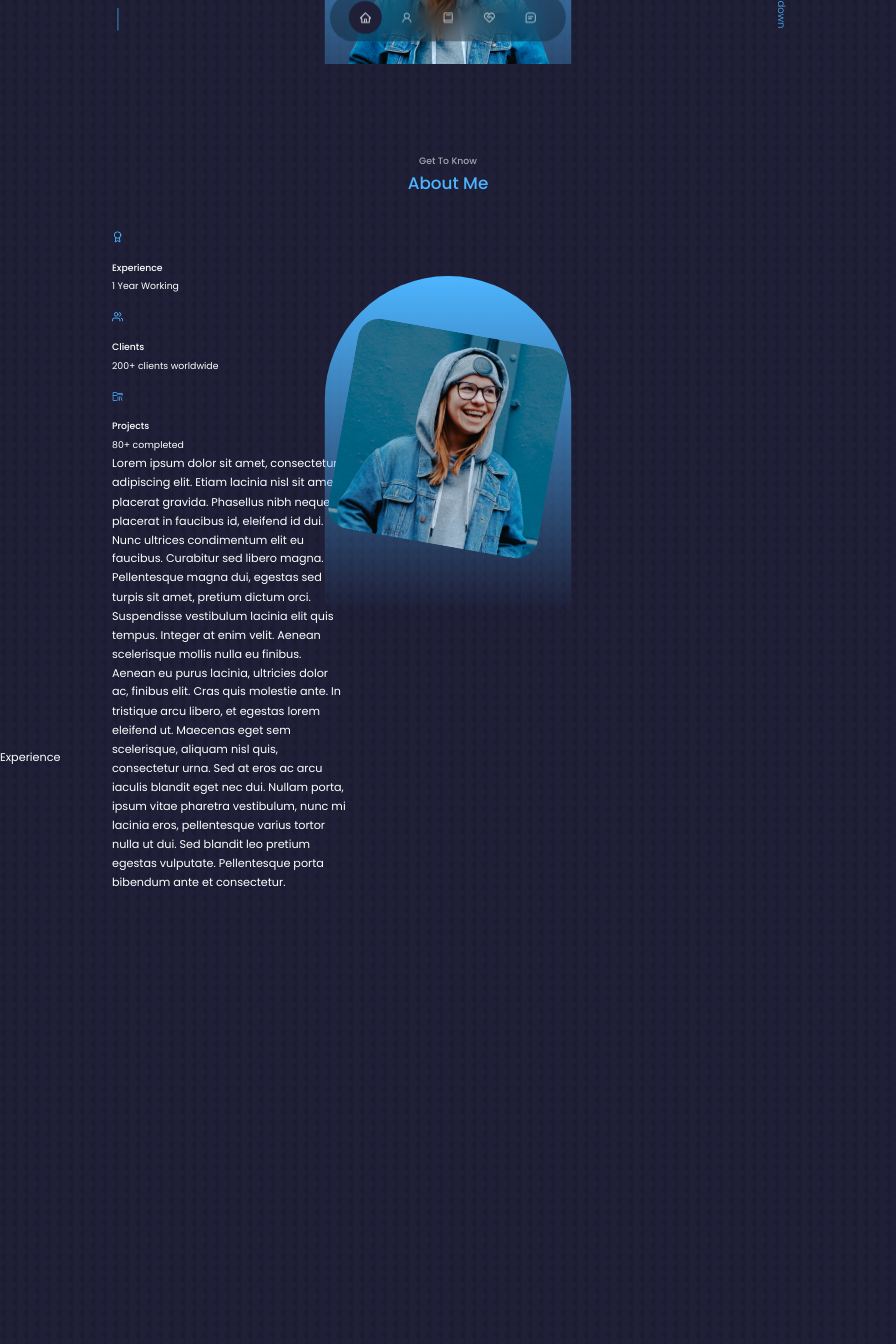
Repository: smallchungus/resumeWebsite
Page: / (app in hello/)
The author's editor kept a copy of each file at every save. The page is drawn from the files as they stood at one save, then again after the next save.
The browser window is 1280 px wide. The pictures show the part of the page from y = 628 to 2548 px (the page is 5835 px tall), at 70% of full size.
The project was rebuilt for these pictures with package versions that can differ from the ones it lists, and the page was loaded fresh each time. Also part of the build but not shown: hello/src/components/experience/experience.css, hello/src/components/portfolio/portfolio.css, hello/src/components/contact/contact.css, hello/src/components/footer/footer.css. Imported but missing from the stored project, and not drawn on this page: hello/src/assets/cv.pdf.

Above is the page before, as saved 2023-03-23 18:10:33.

### hello/public/index.html
<!DOCTYPE html>
<html lang="en">

<head>
    <meta charset="UTF-8">
    <meta http-equiv="X-UA-Compatible" content="IE=edge">
    <meta name="viewport" content="width-device-width, initial-scale=1.0">
    <title>Resume Portfolio Website</title>
</head>
<body>
    <div id="root"></div>
</body>
</html>

### hello/src/App.jsx
import React from 'react'
import Header from './components/header/Header'
import Nav from './components/nav/Nav'
import About from './components/about/About'
import Experience from './components/experience/Experience'
import Services from './components/services/Services'
import Portfolio from './components/portfolio/Portfolio'
import Testimonial from './components/testimonial/Testimonial'
import Contact from './components/contact/Contact'
import Footer from './components/footer/Footer'

const App = () => {
  return (
    <>
    <Header />
    <Nav />
    <About />
    <Experience />
    <Services />
    <Portfolio />
    <Testimonial />
    <Contact />
    <Footer />
    </>
  )
}

export default App

### hello/src/index.css
@import url('https://fonts.googleapis.com/css2?family=Poppins:wght@300;400;500;600&display=swap');

*{
    margin: 0;
    padding: 0;
    border :0;
    outline: 0;
    box-sizing: border-box;
    list-style: none;
    text-decoration: none;

}

:root {
    --color-bg: #1f1f38;
    --color-bg-variant: #2c2c6c;
    --color-primary: #4db5ff;
    --color-primary-variant: rgba(77, 181, 255, 0.4);
    --color-white: #fff;
    --color-light: rgba(255,255,255,0.6);

    --transition: all 400ms ease;

    --container-width-lg: 75%;
    --container-width-md: 86%;
    --container-width-sm: 90%;

}

html{
    scroll-behavior: smooth;
}

body{
    font-family: 'Poppins', sans-serif;
    background: var(--color-bg);
    color: var(--color-white);
    line-height: 1.7;
    background-image: url(../src/assets/bg-texture.png)
}

/* ======================= General Styles =================*/

.container{
    width: var(--container-width-lg);
    margin: 0 auto;
}

h1,h2,h3,h4,h5{
    font-weight: 500;
}

h1{
    font-size:2.5rem;

}

section {
    margin-top: 8rem;
    height: 100vh;
}

section > h2, section > h5 {
    text-align: center;
    color: var(--color-light);
}

section > h2 {
    color: var(--color-primary);
    margin-bottom: 3rem;
}

.text-light{
    color:var(--color-light);
}

a{
    color: var(--color-primary);
    transition: var(--transition);
}

a:hover{
    color: var(--color-white);
}

.btn{
    width: max-content;
    display: inline-block;
    color: var(--color-primary);
    padding: 0.75rem 1.2rem;
    border-radius: 0.4rem;
    cursor: pointer;
    border: 1px solid var(--color-primary);
    transition: var( --transition );
}

.btn:hover{
    background: var(--color-white);
    color: var(--color-bg);
    border-color: transparent;
}

.btn-primary{
    background: var(--color-primary);
    color: var(--color-bg);
}

img{
    display: block;
    width: 100%;
    object-fit: cover;
}


/*==================Media Queries (Medium Devices ) ============= */
@media screen and (max-width: 1024px) {
    .container{
        width: var(--container-width-md);
    }

    section{
        margin-top: 6rem;
    }
}

/*==================Media Queries (Small Devices ) ============= */
@media screen and (max-width: 600px) {
    .container{
        width: var(--container-width-sm);
    }

    section > h2{
        margin-top: 2rem;
    }
}

### hello/src/components/header/Header.jsx
import React from 'react'
import './header.css'
import CTA from './CTA'
import ME from '../../assets/me.png'
import HeaderSocials from './HeaderSocials'
const Header = () => {
  return (
    <header>
      <div className="container header_container">
        <h5>Hello I'm</h5>
        <h1>William Chen</h1>
        <h5 className='text-light'>Fullstack Developer</h5>
        <CTA />
        <HeaderSocials/>

        <div className="me">
          <img src={ME} alt="me" />
        </div>

        <a href='#contact' className='scroll_down'>Scroll down</a>
      </div>
    </header>
  )
}

export default Header

### hello/src/components/nav/Nav.jsx
import React from 'react'
import './nav.css'
import {AiOutlineHome} from 'react-icons/ai'
import {AiOutlineUser}  from 'react-icons/ai'
import {BiBook} from 'react-icons/bi'
import {RiServiceLine} from 'react-icons/ri'
import {BiMessageSquareDetail} from 'react-icons/bi'
import {useState} from 'react'

const Nav = () => {
  const[activeNav, setActiveNav] = useState('#');
  return (
    <nav>
      <a href="#" onClick={() => setActiveNav('#')} className={activeNav === '#' ? 'active' : ''}><AiOutlineHome/></a>
      <a href="#about" onClick={() => setActiveNav('#about')} className={activeNav === '#about' ? 'active' : ''}><AiOutlineUser/></a>
      <a href="#experience" onClick={() => setActiveNav('#experience')} className={activeNav === '#experience' ? 'active' : ''}><BiBook/></a>
      <a href="#services" onClick={() => setActiveNav('#services')} className={activeNav === '#services' ? 'active' : ''}><RiServiceLine/></a>
      <a href="#contact" onClick={() => setActiveNav('#contact')} className={activeNav === '#contact' ? 'active' : ''}><BiMessageSquareDetail/></a>
    </nav>
  )
}

export default Nav

### hello/src/components/about/About.jsx
import React from 'react'
import './about.css'
import ME from '../../assets/me-about.jpg'
import {FiAward} from 'react-icons/fi'
import {FiUsers} from 'react-icons/fi'
import {VscFolderLibrary} from 'react-icons/vsc'

const About = () => {
  return (
    <section id='about'>
      <h5>Get To Know </h5>
      <h2>About Me</h2>

      <div className="container about_container">
        <div className="about me" >
          <div className="about_me-image">
          <img src={ME} alt="About Image" />
          </div>
        </div>

        <div className="about_content">
          <div className="about_cards">
            <article classNane="about_card">
              <FiAward className='about_icon'/>
              <h5>Experience</h5>
              <small>1 Year Working</small>
            </article>

            <article classNane="about_card">
              <FiUsers className='about_icon'/>
              <h5>Clients</h5>
              <small>200+ clients worldwide</small>
            </article>

            <article classNane="about_card">
              <VscFolderLibrary className='about_icon'/>
              <h5>Projects</h5>
              <small>80+ completed</small>
            </article>
          </div>

          <p>
          Lorem ipsum dolor sit amet, consectetur adipiscing elit. Etiam lacinia nisl sit amet placerat gravida. Phasellus nibh neque, placerat in faucibus
          id, eleifend id dui. Nunc ultrices condimentum elit eu faucibus. Curabitur sed libero magna. Pellentesque magna dui, egestas sed turpis
          sit amet, pretium dictum orci. Suspendisse vestibulum lacinia elit quis tempus. Integer at enim velit. Aenean scelerisque mollis nulla eu finibus. Aenean eu purus lacinia, ultricies dolor ac, finibus elit.
          Cras quis molestie ante. In tristique arcu libero, et egestas lorem eleifend ut. Maecenas eget sem scelerisque, aliquam nisl quis, consectetur urna. Sed at eros ac arcu iaculis blandit eget nec dui. Nullam porta,
          ipsum vitae pharetra vestibulum, nunc mi lacinia eros, pellentesque varius tortor nulla ut dui. Sed blandit leo pretium egestas vulputate. Pellentesque porta bibendum ante et consectetur.



          </p>


        </div>

      </div>

    </section>
  )
}

export default About

### hello/src/components/experience/Experience.jsx
import React from 'react'
import './experience.css'
const Experience = () => {
  return (
    <section id='experience'>Experience</section>
  )
}

export default Experience

### hello/src/components/portfolio/Portfolio.jsx
import React from 'react'
import './portfolio.css'


const Portfolio = () => {
  return (
    < section id='portfolio'>Portfolio</section>
  )
}

export default Portfolio

### hello/src/components/testimonial/Testimonial.jsx
import React from 'react'
import './testimonial.css'
const Testimonial = () => {
  return (
    <section id='testimonials'>Testimonial</section>
  )
}

export default Testimonial

### hello/src/components/contact/Contact.jsx
import React from 'react'
import './contact.css'
const Contact = () => {
  return (
    <section id='contact'>Contact</section>
  )
}

export default Contact

### hello/src/components/header/header.css
header {
    height: 100vh;
    padding-top: 7rem;
    overflow: hidden;
}

.header_container{
    text-align: center;
    height: 100%;
    position: relative;
}

/*========================= CTA ======================= */
.cta {
    margin-top: 2.5rem;
    display: flex;
    gap: 1.2rem;
    justify-content: center;

}

/* ======================= Header Socials ==================== */
.header_socials {
    display: flex;
    flex-direction: column;
    align-items: center;
    gap: 0.8rem;
    position: absolute;
    left: 0;
    bottom: 3rem;

}

.header_socials::after{
    content: '';
    width: 1px;
    height: 2rem;
    background: var(--color-primary);
}

/* ===================== ME ==================*/

.me{
    background: linear-gradient(var(--color-primary), transparent);
    width: 22rem;
    height: 30rem;
    position: absolute;
    left: calc(50% - 11rem);
    margin-top: 4rem;
    border-radius: 12rem 12rem 0 0;
    overflow: hidden;
    padding: 5rem 1.5rem 1.5rem 1.5rem;

}

.scroll_down {
    position: absolute;
    right: -2.3rem;
    bottom: 5rem;
    transform: rotate(90deg);
    font-weight: 300;
    font-size: 0.9rem;
}

@media screen and (max-width: 600px) {
    header {
        height: 100vh;
    }
}

@media screen and (max-width: 600px)
{
    header {
        height: 100vh;
    }

    .header_socials, .scroll_down{
        display: none;
    }
}

### hello/src/components/header/CTA.jsx
import React from 'react'
import CV from '../../assets/cv.pdf'
const CTA = () => {
  return (
    <div className ='cta'>
        <a href={CV} download className='btn'>Download CV</a>
        <a href="#contact" className='btn btn-primary'>Let's Talk</a>
    </div>
  )
}

export default CTA

### hello/src/components/header/HeaderSocials.jsx
import React from 'react'
import {BsLinkedin} from 'react-icons/bs'
import {BsGithub} from 'react-icons/bs'
import {AiFillDribbbleSquare} from 'react-icons/ai'
const HeaderSocials = () => {
  return (
    <div className='header_socials'>
        <a href="https://linkedin.com/willchenn" target="_blank"><BsLinkedin></BsLinkedin></a>
        <a href="https://github.com/smallchungus" target="_blank"><BsGithub></BsGithub></a>
        <a href="https://dribble.com/" target="_blank"><AiFillDribbbleSquare></AiFillDribbbleSquare></a>
        </div>
  )
}

export default HeaderSocials

### hello/src/components/nav/nav.css
nav {
    background: rgba(0, 0, 0, 0.3);
    width: max-content;
    display: block;
    padding: 0.7rem 1.7rem;
    z-index: 2;
    position: fixed;
    left: 50%;
    transform: translateX(-50%);
    bottom: 2rem;
    display: flex;
    gap: 0.8rem;
    border-radius: 3rem;
    backdrop-filter: blur(15px);
}

nav a{
    background: transparent;
    padding: 0.9rem;
    border-radius: 50%;
    display: flex;
    color: var(--color-light);
    font-size: 1.1rem;
}

nav a:hover{
    background: rgba(0,0,0,0.3);
}

nav a.active {
    background: var(--color-bg);
    color: var(--color-white);
}

### hello/src/components/about/about.css
.about_container {
    display: grid;
    grid-template-columns: 35% 50%;
    gap: 15%;
}

.about_me {
    width: 100%;
    aspect-ratio: 1/1;
    border-radius: 2rem;
    background: linear-gradient(
        45deg,
        transparent,
        var(--color-primary),
        transparent
    );
    display: grid;
    place-items: center;
}

.about_me-image{
    border-radius: 2rem;
    overflow: hidden;
    transform: rotate(10deg);
    transition: var(--transition);

}

.about_me-image:hover{
    transform: rotate(0);
}

.about_cards{
    display: grid;
    grid-template-columns: repeat(3, lfr);
    gap: 1.5rem;
}

.about_card {
    background: var(--color-bg-variant);
    border: 1px solid transparent;
    border-radius: 1rem;
    padding: 2rem;
    text-align: center;
    transition: var(--transition);
}

.about_card:hover {
    background: transparent;
    border-color: var(--color-primary-variant);
    cursor: default;
}

.about_icon {
    color: var(--color-primary);
    font-size: 1.4 rem;
    margin-bottom: 1rem;
}

.about_card h5 {
    font-size: 0.95rem;
}

.about_card small {
    font-size: 0.7 rem;
    color: var(--color-light);
}

.about_content p {
    margin: 2rem 0 2.6 rem;
    color: var (--color-light);
}

@media screen and (max-width: 1024px) {
    .about_container {
        grid-template-columns: 1fr;
        gap: 0;
    }

    .about_me {
        width: 50%;
        margin: 2rem auto 4rem;
    }
}

@media screen and (max-width: 600px )
{

}

Loaded but not shown: hello/src/index.js (common file); hello/src/components/services/Services.jsx (common file); hello/src/components/footer/Footer.jsx (common file); hello/src/components/services/services.css (no stored copy; drawn as an empty file); hello/src/components/testimonial/testimonial.css (no stored copy; drawn as an empty file)

After the next save:
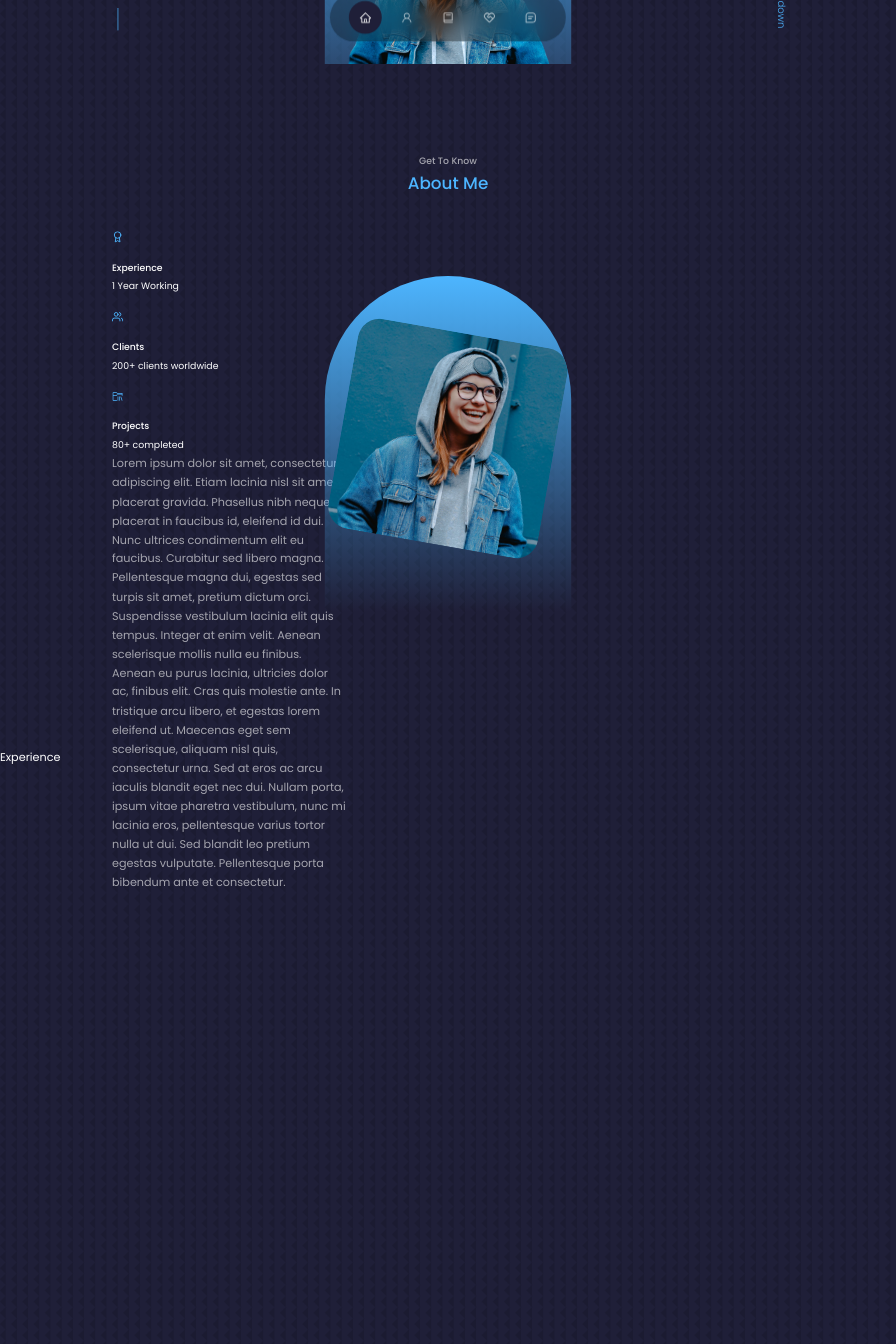
Saved 5 s later.
--- a/hello/src/components/about/about.css
+++ b/hello/src/components/about/about.css
@@ -68,7 +68,7 @@
 
 .about_content p {
     margin: 2rem 0 2.6 rem;
-    color: var (--color-light);
+    color: var(--color-light);
 }
 
 @media screen and (max-width: 1024px) {
